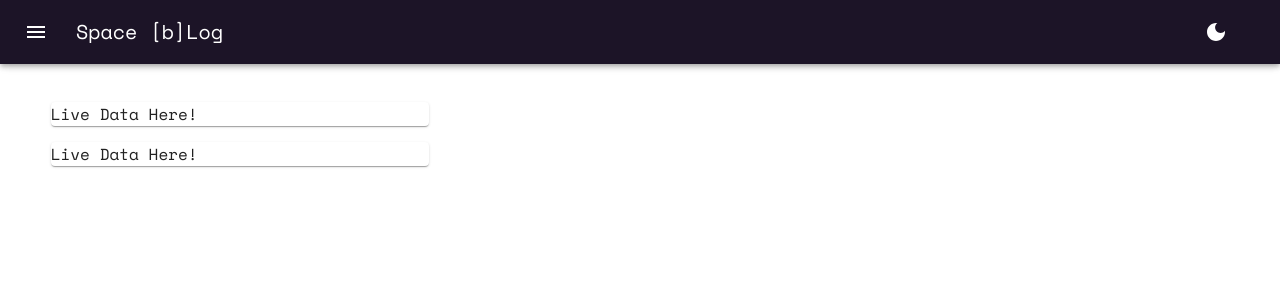
Repository: staswerno/space-blog
Page: /
The author's editor kept a copy of each file at every save. The page is drawn from the files as they stood at one save, then again after the next save.
The browser window is 1280 px wide. The pictures show the whole page.
The page's requests for data from a server got no answer. The project was rebuilt for these pictures with package versions that can differ from the ones it lists, and the page was loaded fresh each time. No one was signed in, and anything a server would have sent is missing. Also part of the build but not shown: src/App.css, src/components/post.css, src/components/Post.js.

Above is the page before, as saved 2021-12-01 10:11:24.

### public/index.html
<!DOCTYPE html>
<html lang="en">
  <head>
    <meta charset="utf-8" />
    <link rel="icon" href="%PUBLIC_URL%/favicon.ico" />
    <meta name="viewport" content="width=device-width, initial-scale=1" />
    <meta name="theme-color" content="#000000" />
    <meta
      name="Space project"
      content="Lets see what comes out"
    />
    <link rel="apple-touch-icon" href="%PUBLIC_URL%/logo192.png" />
    <link href="https://fonts.googleapis.com/css2?family=Roboto:ital,wght@0,100;0,300;0,400;0,500;0,700;0,900;1,100;1,300;1,400;1,500;1,700;1,900&family=Space+Mono:ital,wght@0,400;0,700;1,400;1,700&display=swap" rel="stylesheet">
    ="https://fonts.googleapis.com/css?family=Roboto:300,400,500,700&display=swap"
/>
    <title>Space Project</title>
  </head>
  <body>
    <noscript>You need to enable JavaScript to run this app.</noscript>
    <div id="root"></div>
  </body>
</html>

### src/App.js
import './App.css'
import LiveDataComp from './LiveData';
import ContentfulDataComp from './ContentfulData';
import AppBarComp from './AppBar';
import { Grid, Paper, Typography } from '@mui/material';
import { ThemeProvider, createTheme } from '@mui/material/styles';;

const theme = createTheme({
  palette: {
    primary: {
      main: '#1C1427',
      light: '#1C1427',
      dark: '#1C1427',
    },
  },
  typography: {
    fontFamily: 'Space Mono',
  }
});

function App() {
  return (
    <ThemeProvider theme={theme}>
    <div className='App'>
      <header>
        <AppBarComp />
      </header>
      <main style={{marginTop: 60}}>
      <Grid
        container
        spacing={2}
        rowSpacing={3}
        justifyContent="space-around"
        >
        <Grid item xs={12} md={4}>
          <Grid item><LiveDataComp /></Grid>
          <Grid item><LiveDataComp /></Grid>
        </Grid>
        <Grid item xs={12} md={7}>
          <Grid item><ContentfulDataComp /></Grid>
          <Grid item><ContentfulDataComp /></Grid>
          <Grid item><ContentfulDataComp /></Grid>
        </Grid>
      </Grid>
      </main>
      <footer>

      </footer>
    </div>
    </ThemeProvider>
  );
}

export default App;

### src/LiveData.js
import { Box, Typography, Paper } from '@mui/material';

export default function LiveDataComp () {
    return (
        <>
        <Box m={2}>
        <Paper>
        <Typography>
            Live Data Here!
        </Typography>
        </Paper>
        </Box>
        </>
    )
}

### src/ContentfulData.js
import { Box, Typography, Paper } from "@mui/material";
import React from "react";
import "@b";
import { client } from "./client";
import Posts from "./components/Posts";

export default class ContentfulDataComp extends React.Component {
  state = {
    articles: [],
  };

  componentDidMount() {
    client
      .getEntries()
      .then((response) => {
        console.log(response);
        this.setState({
          articles: response.items,
        });
      })
      .catch(console.error);
  }

  render() {
    return (
      <>
        <Box m={2}>
          <Paper>
            <Typography className="container">
              <Posts posts={this.state.articles} />
            </Typography>
          </Paper>
        </Box>
      </>
    );
  }
}

### src/AppBar.js
import { AppBar, Box, Toolbar, Typography, Button, IconButton } from '@mui/material';
import MenuIcon from '@mui/icons-material/Menu';
import DarkModeIcon from '@mui/icons-material/DarkMode';

export default function AppBarComp () {
    return (
        <>
        <Box sx={{ flexGrow: 1 }}>
        <AppBar position="fixed" color="primary">
        <Toolbar>
            <IconButton
            size="large"
            edge="start"
            color="inherit"
            aria-label="menu"
            sx={{ mr: 2 }}
            >
            <MenuIcon />
            </IconButton>
            <Typography variant="h6" component="div" sx={{ flexGrow: 1 }}>
            Space [b]Log
            </Typography>
            <IconButton
            size="large"
            edge="start"
            color="inherit"
            aria-label="menu"
            sx={{ mr: 2 }}
            >
            <DarkModeIcon />
            </IconButton>
        </Toolbar>
        </AppBar>
    </Box>
        </>
    )
}

### src/client.js
import * as contentful from "contentful";

export const client = contentful.createClient({
  space: process.env.REACT_APP_SPACE_ID,
  accessToken: process.env.REACT_APP_ACCESS_TOKEN,
});

### src/components/Posts.js
import React from "react";
import Post from "./Post";

const Posts = ({ posts }) => {
  return (
    <div>
      {posts.map((article, index) => (
        <Post article={article} key={index} />
      ))}
    </div>
  );
};
export default Posts;

Loaded but not shown: src/index.js (common file)

After the next save:
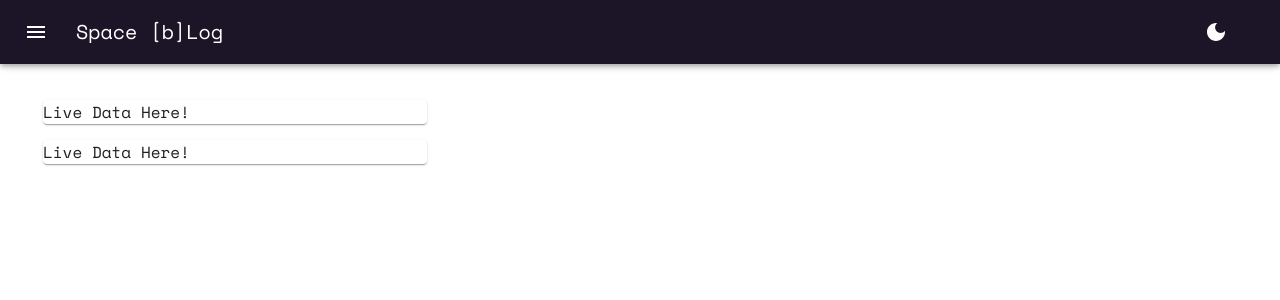
Saved 54 s later.
--- a/src/ContentfulData.js
+++ b/src/ContentfulData.js
@@ -1,6 +1,6 @@
 import { Box, Typography, Paper } from "@mui/material";
 import React from "react";
-import "@b";
+import "bootstrap/dist/css/bootstrap.min.css";
 import { client } from "./client";
 import Posts from "./components/Posts";
 
